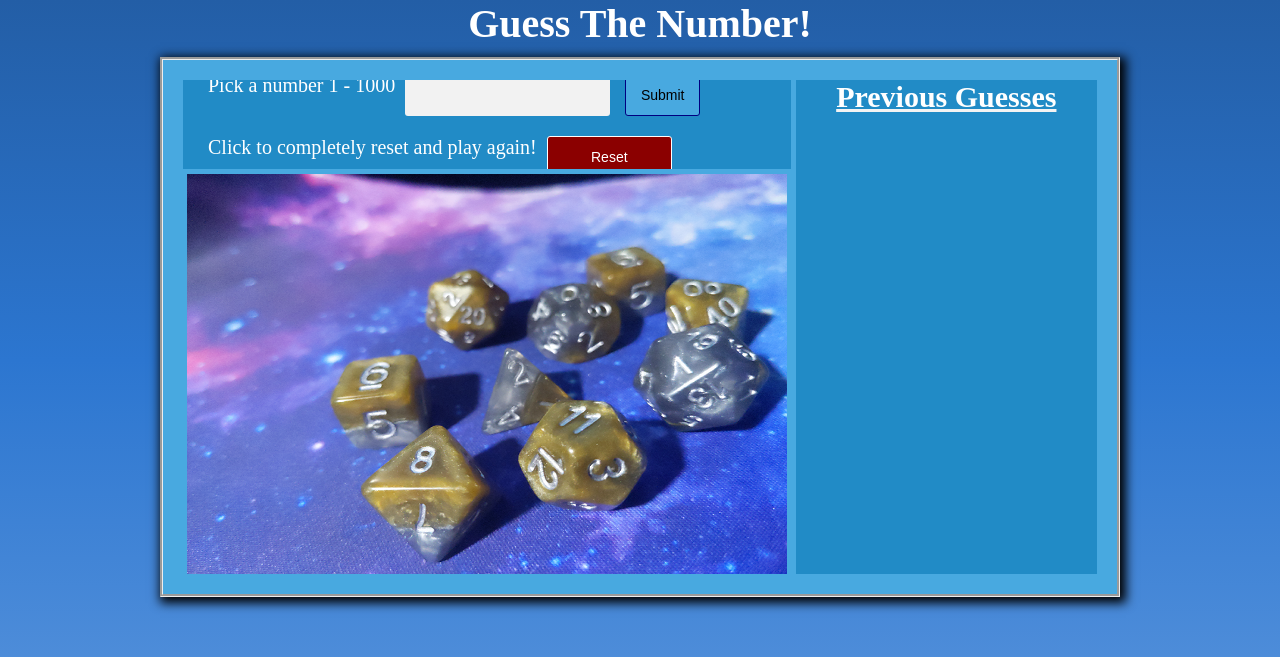
Repository: mlmEFSC21/P15-Modified-Guessing-Game
Page: guess.html
These files come from the project's save history. The page is drawn as it stood at one moment and after the next save; the edit follows.
The browser window is 1280 px wide. The pictures show the whole page.

Above is the page before, as saved 2022-03-23 18:37:54.

### guess.html
<!DOCTYPE html>
<html lang="en">
    <head>
        <meta charset="UTF-8" />
        <meta http-equiv="X-UA-Compatible" content="IE=edge" />
        <meta name="viewport" content="width=device-width, initial-scale=1.0" />
        <link rel="stylesheet" href="guess.css" />
        <script src="guess.js" defer></script>
        <title>Guessing Game</title>
    </head>
    <body>
        <header>
            <h1 class="pageTitle">Guess The Number!</h1>
        </header>
        <section>
            <div class="gameContainer" id="container">
                <div class="results" id="results">
                    <form action="" class="inputForm">
                        <label for="guessInput">Pick a number 1 - 1000</label>
                        <input
                            type="text"
                            required
                            name="guessInput"
                            class="guessInput"
                            id="guessInput"
                        />
                        <input type="button" class="submitBtn" id="submitBtn" value="Submit" />
                        <label for="resetBtn">Click to completely reset and play again!</label>
                        <button type="reset" class="resetBtn" id="resetBtn" name="Reset">
                            Reset
                        </button>
                    </form>
                </div>
                <img
                    src="images\goldSilverDice.png"
                    alt="Gold and silver colored dice. From 4 sides up to 20 sides"
                />
                <div class="guessesContainer" id="guessesContainer">
                    <h2>Previous Guesses</h2>
                    <ul class="guesses" id="guessList"></ul>
                </div>
            </div>
        </section>
    </body>
</html>

### guess.css
:root {
    --clr-primary: #218bc6;
    --clr-secondary: #48a9e0;
    --clr-tertiary: #235ea6;
}

*,
*::after,
*::before {
    box-sizing: border-box;
    margin: 0;
    padding: 0;
}
body {
    background-image: linear-gradient(var(--clr-tertiary), #2c76d0, #5491db);
    height: 100vh;
    background-position: center;
    background-repeat: no-repeat;
    background-size: cover;
    color: white;
    font-size: 20px;
}
.pageTitle {
    text-align: center;
}
.gameContainer {
    background-color: var(--clr-secondary);
    display: grid;
    max-width: 960px;
    height: 75vh;
    margin: 10px auto;
    padding: 20px;
    grid-template-columns: repeat(3, 1fr);
    grid-template-rows: repeat(4, 1fr);
    gap: 5px;
    align-items: center;
    justify-content: center;
    border: groove;
    box-shadow: 3px 3px 10px 3px black;
}
.results {
    background-color: var(--clr-primary);
    display: flex;
    flex-direction: column-reverse;
    margin: 10px auto;
    padding: 0 25px;
    grid-column: 1 / 3;
    grid-row: 1 / 3;
    height: 100%;
    justify-content: center;
    align-items: center;
    text-align: center;
    overflow: hidden;
}
input,
button {
    margin: 10px 0;
    margin-left: 10px;
}
.inputForm {
    display: flex;
    flex-wrap: wrap;
}
label {
    margin-right: 15px;
    margin: 10px 0;
}
input {
    border: none;
    -webkit-appearance: none;
    -ms-appearance: none;
    -moz-appearance: none;
    appearance: none;
    background: #f2f2f2;
    padding: 12px;
    border-radius: 3px;
    outline: none;
    font-size: 14px;
}
img {
    width: 600px;
    height: 400px;
    grid-column: 1 / 3;
    grid-row: 3 / 5;
    align-self: center;
    justify-self: center;
}
button {
    border: solid 1px white;
    margin-bottom: 10px;
    padding: 12px;
    border-radius: 3px;
    width: 125px;
    height: 40px;
    outline: none;
    font-size: 14px;
}
h2 {
    text-decoration: underline;
    text-decoration-color: #f3f3f3;
}
.submitBtn {
    background: var(--clr-secondary);
    border: solid 0.5px navy;
    margin-left: 15px;
    width: 75px;
}
.submitBtn:hover {
    background: #44b3db;
}
.resetBtn {
    background: darkred;
    color: white;
}
.resetBtn:hover {
    background: red;
}
.guessesContainer {
    background-color: var(--clr-primary);
    display: flex;
    flex-direction: column;
    flex-grow: 2;
    height: 100%;
    grid-row: 1 / 5;
    align-items: center;
    overflow: hidden;
}
/* the h3 that is appended by the js. It was hugging the container too much. */
h3 {
    margin: 10px;
    text-align: center;
}
.hint {
    font-style: italic;
    text-decoration: underline;
}

### guess.js
let randomNumber = Math.floor(Math.random() * 1000 + 1);
let guesses = [];

const guessInput = document.getElementById("guessInput");
const resultsDiv = document.getElementById("results");
const submitButton = document.getElementById("submitBtn");
const resetButton = document.getElementById("resetBtn");
const p = document.createElement("p");
const ul = document.getElementById("guessList");
const li = document.createElement("li");
const guessesContainer = document.getElementById("guessesContainer");
const winningMessage = document.createElement("h3");
const hint = document.createElement("h3");

//checks to see if the guess is higher, lower, or equal to
function checkGuess() {
    const currentGuess = Number(guessInput.value);
    if (currentGuess == randomNumber) {
        guesses.push(currentGuess);
        p.innerText = "Congratulations! You guessed the number!";
        resultsDiv.append(p);
        countGuesses();
    }
    if (currentGuess < randomNumber) {
        guesses.push(currentGuess);
        p.innerText = "Too low. Try again!";
        resultsDiv.append(p);
        trackGuesses();
    }
    if (currentGuess > randomNumber) {
        guesses.push(currentGuess);
        p.innerText = "Too high. Try again!";
        resultsDiv.append(p);
        trackGuesses();
    }
}
//tracks previous guess in a <ul>. Removes <li> and populates from guesses[] each time.
function trackGuesses() {
    while (ul.hasChildNodes()) {
        ul.removeChild(ul.firstChild);
    }
    for (i = 0; i <= guesses.length - 1; i++) {
        let li = document.createElement("li");
        li.innerText = guesses[i];
        ul.appendChild(li);
    }
}

//counts how many guesses. Uses array length.
function countGuesses() {
    let numOfGuesses = guesses.length;
    if (numOfGuesses < 10) {
        winningMessage.innerText = `${numOfGuesses} guesses?! Either you know the secret or you got lucky!`;
        guessesContainer.append(winningMessage);
    } else if (numOfGuesses == 10) {
        winningMessage.innerText = `${numOfGuesses} guesses. Ahah! You know the secret!`;
        guessesContainer.append(winningMessage);
    } else if (numOfGuesses > 10) {
        winningMessage.innerText = `Yikes! ${numOfGuesses} guesses... You should be able to do better!`;
        hint.innerHTML = '*Hint* Knowing the trick is <span class="hint">half</span> the battle.';
        guessesContainer.append(winningMessage);
        guessesContainer.append(hint);
    }
}
// creates a new random number for replay
function newRNG() {
    randomNumber = Math.floor(Math.random() * 10 + 1);
}
//resets the game completely.
function resetGame() {
    p.innerText = "";
    resultsDiv.append(p);
    while (ul.hasChildNodes()) {
        ul.removeChild(ul.firstChild);
    }
    winningMessage.remove();
    guesses = [];
    newRNG();
    //logging random number for debugging.
    console.log(randomNumber);
}

submitButton.addEventListener("click", checkGuess);
resetButton.addEventListener("click", resetGame);
//logging random number for debugging.
console.log(randomNumber);

After the next save:
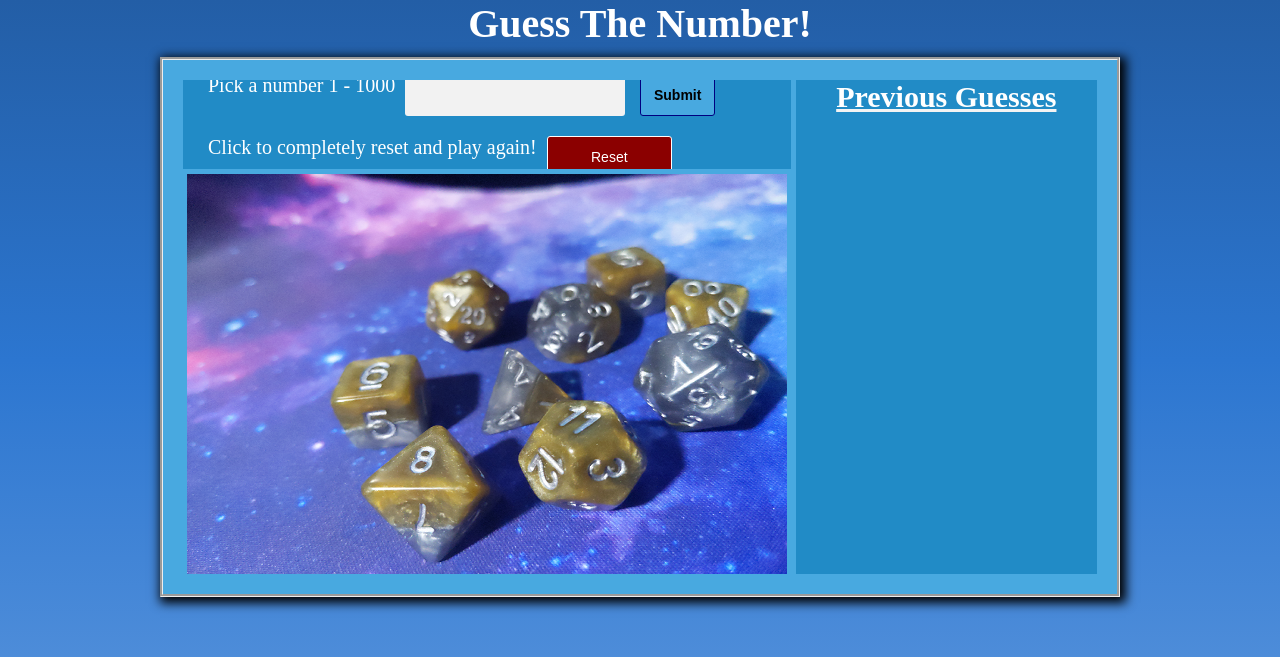
Saved 30 s later.
--- a/guess.css
+++ b/guess.css
@@ -76,6 +76,7 @@ input {
     border-radius: 3px;
     outline: none;
     font-size: 14px;
+    font-weight: bold;
 }
 img {
     width: 600px;
